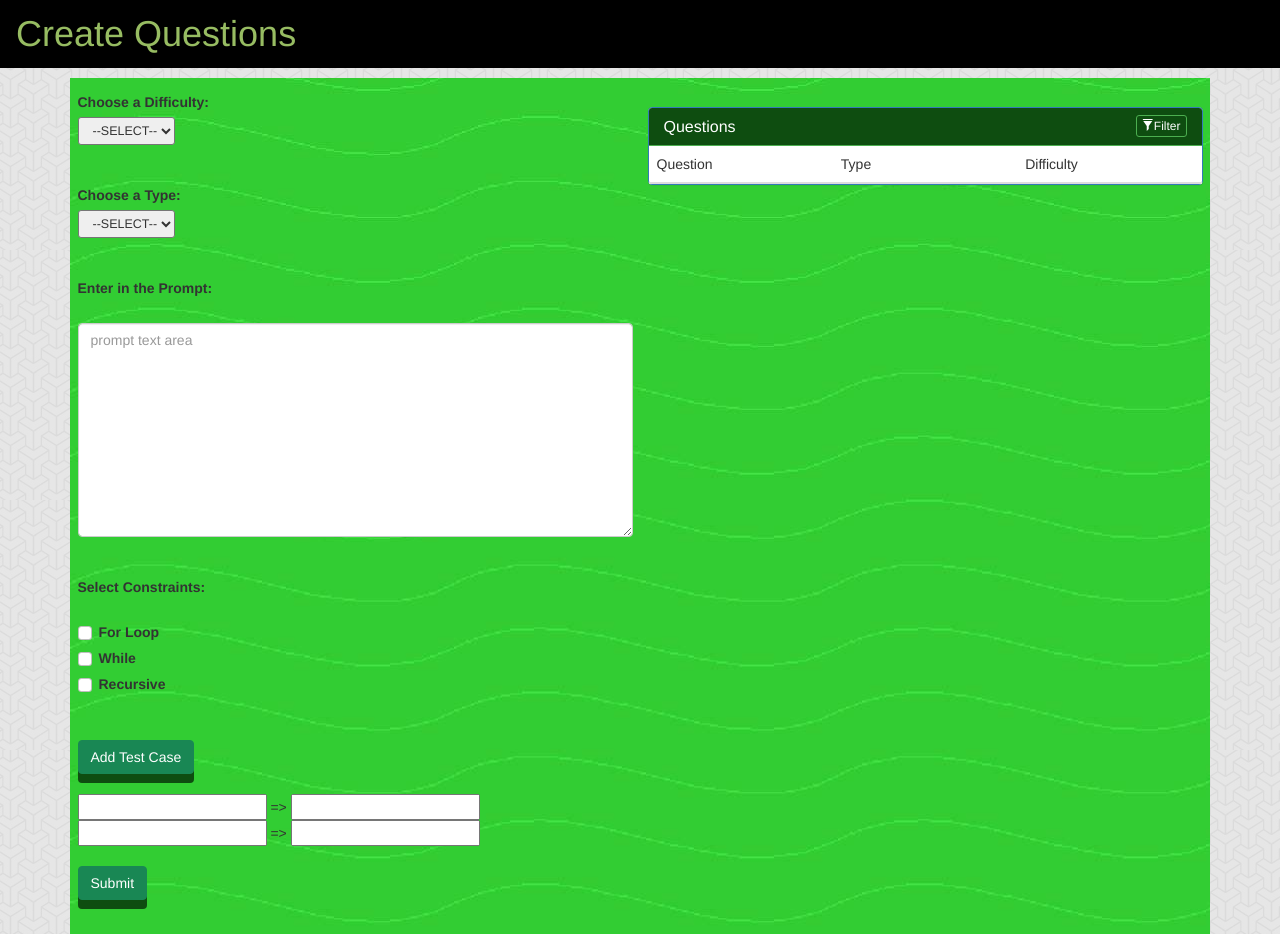
Repository: kavine24/CS490-Python-LMS
Page: html/portal/t/CreateQuestion.html
These files come from the project's save history. The page is drawn as it stood at one moment and after the next save; the edit follows.
The browser window is 1280 px wide. The pictures show the whole page.
The page's requests for data from a server got no answer. Some web libraries are served in a nearby version.

Above is the page before, as saved 2022-04-19 19:33:08.

After the next save:
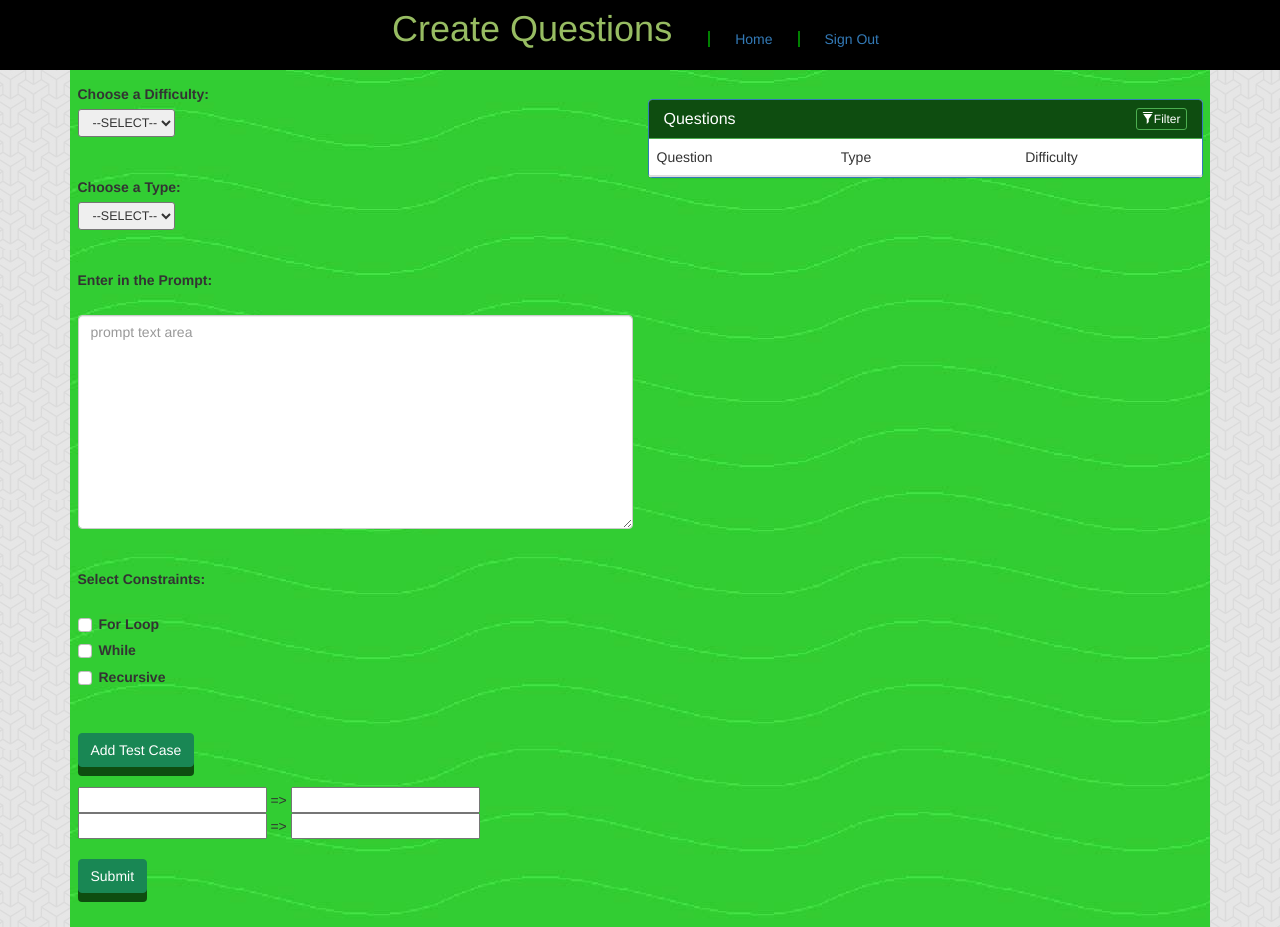
Saved 47 s later.
--- a/html/portal/t/CreateQuestion.html
+++ b/html/portal/t/CreateQuestion.html
@@ -11,7 +11,15 @@
   </head>
 
   <body>
-    <h1 class="header">Create Questions</h1>
+    <header class="mainHeader">
+      <h1 class="header">Create Questions</h1>
+      <ul class="navLIST">
+          <li><a href="http://cs490testcenter.ddns.net:50000/portal/t/Home.php">Home</a></li>
+          <li><a href="http://cs490testcenter.ddns.net:50000">Sign Out</a></li>
+        </ul>
+      <br>
+    </header>
+
     <div class="container">
       <div class="row justify-content-around">
         <div class="col-6">
@@ -173,15 +181,17 @@
       updateQuestionTable();
 
       function addTestCase(){
-        const testCase = document.createElement("input");
-        const result = document.createElement("input");
-
-        inputs.push({testCase,result});
-
-        document.getElementById("createQuestionForm").insertBefore(testCase, document.getElementById("submit"));
-        document.getElementById("createQuestionForm").insertBefore(document.createTextNode(" => "), document.getElementById("submit"));
-        document.getElementById("createQuestionForm").insertBefore(result, document.getElementById("submit"));
-        document.getElementById("createQuestionForm").insertBefore(document.createElement("br"), document.getElementById("submit"));
+        if(inputs.length < 5){
+          const testCase = document.createElement("input");
+          const result = document.createElement("input");
+
+          inputs.push({testCase,result});
+
+          document.getElementById("createQuestionForm").insertBefore(testCase, document.getElementById("submit"));
+          document.getElementById("createQuestionForm").insertBefore(document.createTextNode(" => "), document.getElementById("submit"));
+          document.getElementById("createQuestionForm").insertBefore(result, document.getElementById("submit"));
+          document.getElementById("createQuestionForm").insertBefore(document.createElement("br"), document.getElementById("submit"));
+        }
       }
 
       function submitQuestion(){
